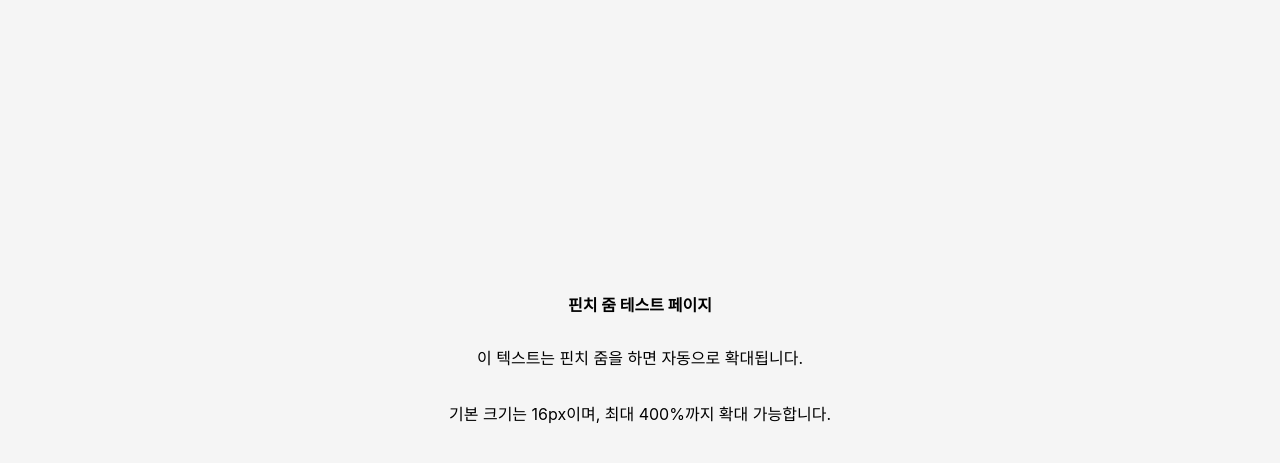
Repository: KIMMIHYE12/stadtklima
Page: /pinchzoom
An editor plug-in stored every save of this project. The page is shown before and after the next save, followed by the edit.
The browser window is 1280 px wide. The pictures show the whole page.
The project was rebuilt for these pictures with package versions that can differ from the ones it lists, and the page was loaded fresh each time. Also part of the build but not shown: src/pages/Pages.module.scss, src/pages/Home.jsx, src/components/Sanssouci/Navigation.jsx, src/pages/Sanssouci/Sanssouci.jsx, src/pages/Sanssouci/Sanssouci30.jsx, src/pages/Sanssouci/Sanssouci50.jsx, src/pages/Sanssouci/Sanssouci80.jsx, src/components/Sanssouci/NavHavel.jsx and 4 more.

Above is the page before, as saved 2025-03-19 00:31:17.

### public/index.html
<!DOCTYPE html>
<html lang="en">
  <head>
    <meta charset="utf-8" />
    <link rel="icon" href="%PUBLIC_URL%/favicon.ico" />
    <meta
      name="viewport"
      content="width=device-width, initial-scale=1.0, maximum-scale=1, user-scalable=no"
    />
    <meta name="theme-color" content="#000000" />
    <meta
      name="description"
      content="Web site created using create-react-app"
    />
    <link rel="apple-touch-icon" href="%PUBLIC_URL%/logo192.png" />
    <!--
      manifest.json provides metadata used when your web app is installed on agit init
      user's mobile device or desktop. See https://developers.google.com/web/fundamentals/web-app-manifest/
    -->
    <link rel="manifest" href="%PUBLIC_URL%/manifest.json" />
    <!--
      Notice the use of %PUBLIC_URL% in the tags above.
      It will be replaced with the URL of the `public` folder during the build.
      Only files inside the `public` folder can be referenced from the HTML.

      Unlike "/favicon.ico" or "favicon.ico", "%PUBLIC_URL%/favicon.ico" will
      work correctly both with client-side routing and a non-root public URL.
      Learn how to configure a non-root public URL by running `npm run build`.
    -->
    <title>React App</title>
  </head>
  <body>
    <noscript>You need to enable JavaScript to run this app.</noscript>
    <div id="root"></div>
    <!--
      This HTML file is a template.
      If you open it directly in the browser, you will see an empty page.

      You can add webfonts, meta tags, or analytics to this file.
      The build step will place the bundled scripts into the <body> tag.

      To begin the development, run `npm start` or `yarn start`.
      To create a production bundle, use `npm run build` or `yarn build`.
    -->
  </body>
</html>

### src/App.js
import { Route, Routes } from "react-router-dom";
import "./App.css";
import Home from "./pages/Home";
import Sanssouci from "./pages/Sanssouci/Sanssouci";
import Sanssouci30 from "./pages/Sanssouci/Sanssouci30";
import Sanssouci50 from "./pages/Sanssouci/Sanssouci50";
import Sanssouci80 from "./pages/Sanssouci/Sanssouci80";
import Havel from "./pages/Havel/Havel";
import Havel30 from "./pages/Havel/Havel30";
import Havel50 from "./pages/Havel/Havel50";
import Havel80 from "./pages/Havel/Havel80";
import Pinchzoom from "./pages/Pinchzoom";

function App() {
  return (
    <Routes>
      <Route path='/'>
        <Route index element={<Home />}></Route>
        <Route path='pinchzoom' element={<Pinchzoom />}></Route>
        <Route path='sanssouci'>
          <Route index element={<Sanssouci />}></Route>
          <Route path='30' element={<Sanssouci30 />}></Route>
          <Route path='50' element={<Sanssouci50 />}></Route>
          <Route path='80' element={<Sanssouci80 />}></Route>
        </Route>
        <Route path='havel'>
          <Route index element={<Havel />}></Route>
          <Route path='30' element={<Havel30 />}></Route>
          <Route path='50' element={<Havel50 />}></Route>
          <Route path='80' element={<Havel80 />}></Route>
        </Route>
      </Route>
    </Routes>
  );
}

export default App;

### src/App.css
html,
body {
  touch-action: manipulation; /* 터치 액션 제한 (줌 차단) */
  overflow: hidden; /* 가로 스크롤 방지 */
  max-width: 100vw;
}

### src/pages/Pinchzoom.jsx
import React, { useState, useEffect } from "react";

const Pinchzoom = () => {
  const [fontSize, setFontSize] = useState(16); // 기본 글자 크기

  useEffect(() => {
    const preventZoom = (event) => {
      if (event.touches.length > 1) {
        event.preventDefault(); // 기본 Pinch Zoom 차단
      }
    };

    document.addEventListener("touchmove", preventZoom, { passive: false });
    return () => {
      document.removeEventListener("touchmove", preventZoom);
    };
  }, []);

  const handlePinchZoom = (event) => {
    if (event.touches.length === 2) {
      event.preventDefault(); // 기본 확대 차단
      const touch1 = event.touches[0];
      const touch2 = event.touches[1];

      const distance = Math.sqrt(
        Math.pow(touch2.clientX - touch1.clientX, 2) +
          Math.pow(touch2.clientY - touch1.clientY, 2)
      );

      const scaleFactor = distance / 200; // 확대 비율 조정
      const newFontSize = Math.min(Math.max(16 * scaleFactor, 16), 64);

      setFontSize(newFontSize);
    }
  };

  return (
    <div
      style={{
        width: "100vw",
        height: "100vh",
        display: "flex",
        flexDirection: "column",
        justifyContent: "center",
        alignItems: "center",
        overflow: "hidden", // 가로 스크롤 제거
        textAlign: "center",
        padding: "20px",
        boxSizing: "border-box",
        backgroundColor: "#f5f5f5",
      }}
      onTouchMove={handlePinchZoom}
    >
      <h2
        style={{
          fontSize: `${fontSize}px`,
          transition: "font-size 0.2s ease",
          maxWidth: "90%",
          whiteSpace: "normal",
          wordBreak: "break-word",
        }}
      >
        핀치 줌 테스트 페이지
      </h2>
      <p
        style={{
          fontSize: `${fontSize}px`,
          transition: "font-size 0.2s ease",
          maxWidth: "90%",
          whiteSpace: "normal",
          wordBreak: "break-word",
        }}
      >
        이 텍스트는 핀치 줌을 하면 자동으로 확대됩니다.
      </p>
      <p
        style={{
          fontSize: `${fontSize}px`,
          transition: "font-size 0.2s ease",
          maxWidth: "90%",
          whiteSpace: "normal",
          wordBreak: "break-word",
        }}
      >
        기본 크기는 16px이며, 최대 400%까지 확대 가능합니다.
      </p>
    </div>
  );
};

export default Pinchzoom;

Loaded but not shown: src/index.js (common file); src/index.css (common file); src/reportWebVitals.js (common file)

After the next save:
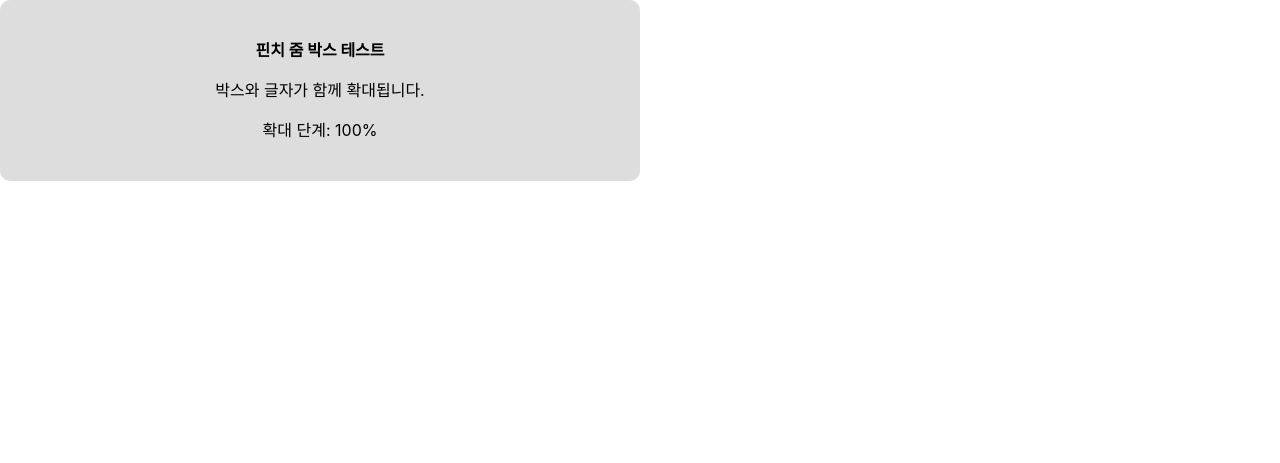
Saved 5 min 22 s later.
--- a/src/pages/Pinchzoom.jsx
+++ b/src/pages/Pinchzoom.jsx
@@ -1,88 +1,90 @@
 import React, { useState, useEffect } from "react";
 
 const Pinchzoom = () => {
-  const [fontSize, setFontSize] = useState(16); // 기본 글자 크기
+  const [scale, setScale] = useState(1); // 기본 배율 (100%)
+  const scaleSteps = [1, 2, 3, 4]; // 100%, 200%, 300%, 400% (배율 단계)
 
   useEffect(() => {
-    const preventZoom = (event) => {
-      if (event.touches.length > 1) {
-        event.preventDefault(); // 기본 Pinch Zoom 차단
+    let lastDistance = null;
+
+    const handleTouchMove = (event) => {
+      if (event.touches.length === 2) {
+        event.preventDefault(); // 기본 핀치 줌 방지
+        const touch1 = event.touches[0];
+        const touch2 = event.touches[1];
+
+        const currentDistance = Math.sqrt(
+          Math.pow(touch2.clientX - touch1.clientX, 2) +
+            Math.pow(touch2.clientY - touch1.clientY, 2)
+        );
+
+        if (lastDistance !== null) {
+          const scaleFactor = currentDistance > lastDistance ? 1 : -1; // 확대 또는 축소 방향 결정
+
+          // 현재 배율에서 한 단계 위/아래로 이동
+          const currentIndex = scaleSteps.indexOf(scale);
+          let newScale = scaleSteps[currentIndex + scaleFactor] || scale;
+
+          setScale(newScale); // 단계별 확대/축소 적용
+        }
+        lastDistance = currentDistance;
       }
     };
 
-    document.addEventListener("touchmove", preventZoom, { passive: false });
+    const handleTouchEnd = () => {
+      lastDistance = null;
+    };
+
+    window.addEventListener("touchmove", handleTouchMove, { passive: false });
+    window.addEventListener("touchend", handleTouchEnd);
+
     return () => {
-      document.removeEventListener("touchmove", preventZoom);
+      window.removeEventListener("touchmove", handleTouchMove);
+      window.removeEventListener("touchend", handleTouchEnd);
     };
-  }, []);
-
-  const handlePinchZoom = (event) => {
-    if (event.touches.length === 2) {
-      event.preventDefault(); // 기본 확대 차단
-      const touch1 = event.touches[0];
-      const touch2 = event.touches[1];
-
-      const distance = Math.sqrt(
-        Math.pow(touch2.clientX - touch1.clientX, 2) +
-          Math.pow(touch2.clientY - touch1.clientY, 2)
-      );
-
-      const scaleFactor = distance / 200; // 확대 비율 조정
-      const newFontSize = Math.min(Math.max(16 * scaleFactor, 16), 64);
-
-      setFontSize(newFontSize);
-    }
-  };
+  }, [scale]);
 
   return (
     <div
       style={{
-        width: "100vw",
-        height: "100vh",
-        display: "flex",
-        flexDirection: "column",
-        justifyContent: "center",
-        alignItems: "center",
-        overflow: "hidden", // 가로 스크롤 제거
+        width: `${scale * 50}vw`, // 배율에 맞춰 박스 크기 조정
+        maxWidth: "100vw", // 화면을 넘지 않도록 제한
+        height: "auto",
+        padding: `${scale * 1.5}rem`, // 배율에 맞춰 패딩 조정
+        backgroundColor: "#ddd",
+        borderRadius: `${scale * 10}px`, // 둥근 모서리 유지
         textAlign: "center",
-        padding: "20px",
+        transition: "all 0.2s ease", // 부드러운 애니메이션
         boxSizing: "border-box",
-        backgroundColor: "#f5f5f5",
       }}
-      onTouchMove={handlePinchZoom}
     >
       <h2
         style={{
-          fontSize: `${fontSize}px`,
+          fontSize: `${scale * 16}px`, // 배율에 맞춰 글자 크기 조정
           transition: "font-size 0.2s ease",
-          maxWidth: "90%",
           whiteSpace: "normal",
           wordBreak: "break-word",
         }}
       >
-        핀치 줌 테스트 페이지
+        핀치 줌 박스 테스트
       </h2>
       <p
         style={{
-          fontSize: `${fontSize}px`,
+          fontSize: `${scale * 16}px`,
           transition: "font-size 0.2s ease",
-          maxWidth: "90%",
-          whiteSpace: "normal",
           wordBreak: "break-word",
         }}
       >
-        이 텍스트는 핀치 줌을 하면 자동으로 확대됩니다.
+        박스와 글자가 함께 확대됩니다.
       </p>
       <p
         style={{
-          fontSize: `${fontSize}px`,
+          fontSize: `${scale * 16}px`,
           transition: "font-size 0.2s ease",
-          maxWidth: "90%",
-          whiteSpace: "normal",
           wordBreak: "break-word",
         }}
       >
-        기본 크기는 16px이며, 최대 400%까지 확대 가능합니다.
+        확대 단계: {scale * 100}%
       </p>
     </div>
   );
